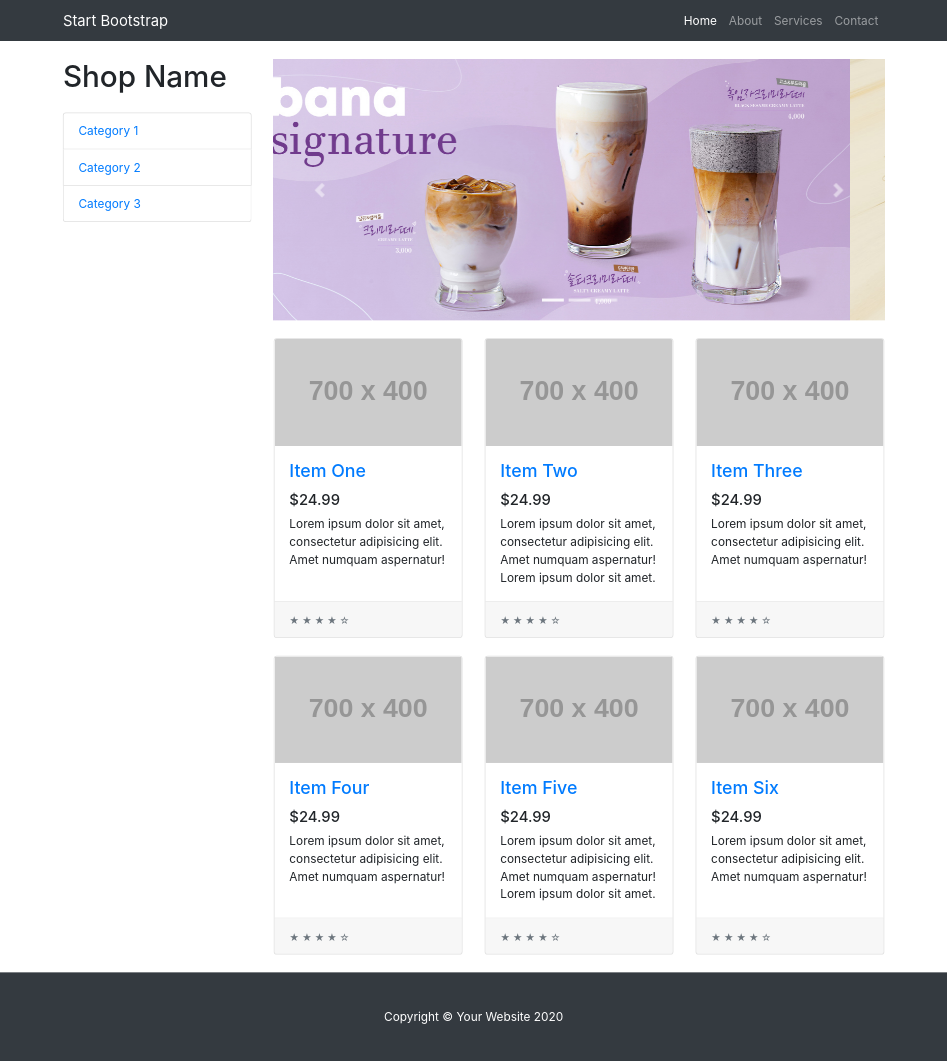
Repository: InKyu24/STS_Workspace
Page: SpringBoot01_Mybatis_Cafe2/src/main/resources/static/index.html
These files come from the project's save history. The page is drawn as it stood at one moment and after the next save; the edit follows.
The browser window is 1280 px wide. The pictures show the whole page, at 74% of full size.

Above is the page before, as saved 2021-03-23 04:45:18.

### SpringBoot01_Mybatis_Cafe2/src/main/resources/static/index.html
<!DOCTYPE html>
<html lang="en">

<head>

  <meta charset="utf-8">
  <meta name="viewport" content="width=device-width, initial-scale=1, shrink-to-fit=no">
  <meta name="description" content="">
  <meta name="author" content="">

  <title>Shop Homepage - Start Bootstrap Template</title>

  <!-- Bootstrap core CSS -->
  <link href="vendor/bootstrap/css/bootstrap.min.css" rel="stylesheet">

  <!-- Custom styles for this template -->
  <link href="css/shop-homepage.css" rel="stylesheet">

</head>

<body>

  <!-- Navigation -->
  <nav class="navbar navbar-expand-lg navbar-dark bg-dark fixed-top">
    <div class="container">
      <a class="navbar-brand" href="#">Start Bootstrap</a>
      <button class="navbar-toggler" type="button" data-toggle="collapse" data-target="#navbarResponsive" aria-controls="navbarResponsive" aria-expanded="false" aria-label="Toggle navigation">
        <span class="navbar-toggler-icon"></span>
      </button>
      <div class="collapse navbar-collapse" id="navbarResponsive">
        <ul class="navbar-nav ml-auto">
          <li class="nav-item active">
            <a class="nav-link" href="#">Home
              <span class="sr-only">(current)</span>
            </a>
          </li>
          <li class="nav-item">
            <a class="nav-link" href="#">About</a>
          </li>
          <li class="nav-item">
            <a class="nav-link" href="#">Services</a>
          </li>
          <li class="nav-item">
            <a class="nav-link" href="#">Contact</a>
          </li>
        </ul>
      </div>
    </div>
  </nav>

  <!-- Page Content -->
  <div class="container">

    <div class="row">

      <div class="col-lg-3">

        <h1 class="my-4">Shop Name</h1>
        <div class="list-group">
          <a href="#" class="list-group-item">Category 1</a>
          <a href="#" class="list-group-item">Category 2</a>
          <a href="#" class="list-group-item">Category 3</a>
        </div>

      </div>
      <!-- /.col-lg-3 -->

      <div class="col-lg-9">

        <div id="carouselExampleIndicators" class="carousel slide my-4" data-ride="carousel">
          <ol class="carousel-indicators">
            <li data-target="#carouselExampleIndicators" data-slide-to="0" class="active"></li>
            <li data-target="#carouselExampleIndicators" data-slide-to="1"></li>
            <li data-target="#carouselExampleIndicators" data-slide-to="2"></li>
          </ol>
          <div class="carousel-inner" role="listbox">
            <div class="carousel-item active">
              <img class="d-block img-fluid" src="img/2009_크리미라떼3종_상단배너.jpg" alt="First slide">
            </div>
            <div class="carousel-item">
              <img class="d-block img-fluid" src="img/2010_디카페인_상단배너.jpg" alt="Second slide">
            </div>
            <div class="carousel-item">
              <img class="d-block img-fluid" src="img/2101_바나프레소_도넛6종_상단배너.jpg" alt="Third slide">
            </div>
          </div>
          <a class="carousel-control-prev" href="#carouselExampleIndicators" role="button" data-slide="prev">
            <span class="carousel-control-prev-icon" aria-hidden="true"></span>
            <span class="sr-only">Previous</span>
          </a>
          <a class="carousel-control-next" href="#carouselExampleIndicators" role="button" data-slide="next">
            <span class="carousel-control-next-icon" aria-hidden="true"></span>
            <span class="sr-only">Next</span>
          </a>
        </div>

        <div class="row">

          <div class="col-lg-4 col-md-6 mb-4">
            <div class="card h-100">
              <a href="#"><img class="card-img-top" src="http://placehold.it/700x400" alt=""></a>
              <div class="card-body">
                <h4 class="card-title">
                  <a href="#">Item One</a>
                </h4>
                <h5>$24.99</h5>
                <p class="card-text">Lorem ipsum dolor sit amet, consectetur adipisicing elit. Amet numquam aspernatur!</p>
              </div>
              <div class="card-footer">
                <small class="text-muted">&#9733; &#9733; &#9733; &#9733; &#9734;</small>
              </div>
            </div>
          </div>

          <div class="col-lg-4 col-md-6 mb-4">
            <div class="card h-100">
              <a href="#"><img class="card-img-top" src="http://placehold.it/700x400" alt=""></a>
              <div class="card-body">
                <h4 class="card-title">
                  <a href="#">Item Two</a>
                </h4>
                <h5>$24.99</h5>
                <p class="card-text">Lorem ipsum dolor sit amet, consectetur adipisicing elit. Amet numquam aspernatur! Lorem ipsum dolor sit amet.</p>
              </div>
              <div class="card-footer">
                <small class="text-muted">&#9733; &#9733; &#9733; &#9733; &#9734;</small>
              </div>
            </div>
          </div>

          <div class="col-lg-4 col-md-6 mb-4">
            <div class="card h-100">
              <a href="#"><img class="card-img-top" src="http://placehold.it/700x400" alt=""></a>
              <div class="card-body">
                <h4 class="card-title">
                  <a href="#">Item Three</a>
                </h4>
                <h5>$24.99</h5>
                <p class="card-text">Lorem ipsum dolor sit amet, consectetur adipisicing elit. Amet numquam aspernatur!</p>
              </div>
              <div class="card-footer">
                <small class="text-muted">&#9733; &#9733; &#9733; &#9733; &#9734;</small>
              </div>
            </div>
          </div>

          <div class="col-lg-4 col-md-6 mb-4">
            <div class="card h-100">
              <a href="#"><img class="card-img-top" src="http://placehold.it/700x400" alt=""></a>
              <div class="card-body">
                <h4 class="card-title">
                  <a href="#">Item Four</a>
                </h4>
                <h5>$24.99</h5>
                <p class="card-text">Lorem ipsum dolor sit amet, consectetur adipisicing elit. Amet numquam aspernatur!</p>
              </div>
              <div class="card-footer">
                <small class="text-muted">&#9733; &#9733; &#9733; &#9733; &#9734;</small>
              </div>
            </div>
          </div>

          <div class="col-lg-4 col-md-6 mb-4">
            <div class="card h-100">
              <a href="#"><img class="card-img-top" src="http://placehold.it/700x400" alt=""></a>
              <div class="card-body">
                <h4 class="card-title">
                  <a href="#">Item Five</a>
                </h4>
                <h5>$24.99</h5>
                <p class="card-text">Lorem ipsum dolor sit amet, consectetur adipisicing elit. Amet numquam aspernatur! Lorem ipsum dolor sit amet.</p>
              </div>
              <div class="card-footer">
                <small class="text-muted">&#9733; &#9733; &#9733; &#9733; &#9734;</small>
              </div>
            </div>
          </div>

          <div class="col-lg-4 col-md-6 mb-4">
            <div class="card h-100">
              <a href="#"><img class="card-img-top" src="http://placehold.it/700x400" alt=""></a>
              <div class="card-body">
                <h4 class="card-title">
                  <a href="#">Item Six</a>
                </h4>
                <h5>$24.99</h5>
                <p class="card-text">Lorem ipsum dolor sit amet, consectetur adipisicing elit. Amet numquam aspernatur!</p>
              </div>
              <div class="card-footer">
                <small class="text-muted">&#9733; &#9733; &#9733; &#9733; &#9734;</small>
              </div>
            </div>
          </div>

        </div>
        <!-- /.row -->

      </div>
      <!-- /.col-lg-9 -->

    </div>
    <!-- /.row -->

  </div>
  <!-- /.container -->

  <!-- Footer -->
  <footer class="py-5 bg-dark">
    <div class="container">
      <p class="m-0 text-center text-white">Copyright &copy; Your Website 2020</p>
    </div>
    <!-- /.container -->
  </footer>

  <!-- Bootstrap core JavaScript -->
  <script src="vendor/jquery/jquery.min.js"></script>
  <script src="vendor/bootstrap/js/bootstrap.bundle.min.js"></script>

</body>

</html>

Loaded but not shown: SpringBoot01_Mybatis_Cafe2/src/main/resources/static/vendor/bootstrap/css/bootstrap.min.css (library); SpringBoot01_Mybatis_Cafe2/src/main/resources/static/css/shop-homepage.css (common file); SpringBoot01_Mybatis_Cafe2/src/main/resources/static/vendor/jquery/jquery.min.js (library); SpringBoot01_Mybatis_Cafe2/src/main/resources/static/vendor/bootstrap/js/bootstrap.bundle.min.js (library)

After the next save:
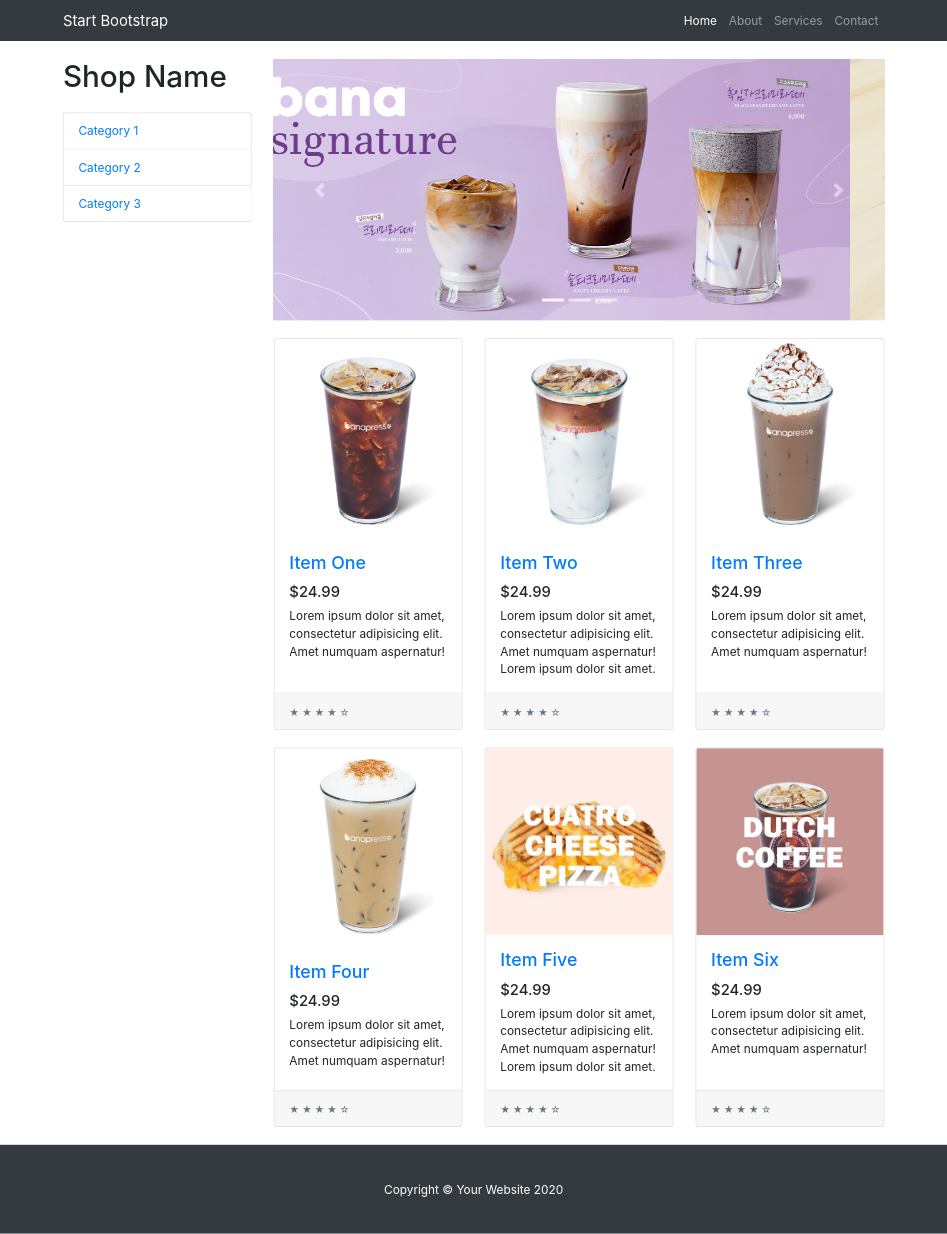
Saved 2 min 3 s later.
--- a/SpringBoot01_Mybatis_Cafe2/src/main/resources/static/index.html
+++ b/SpringBoot01_Mybatis_Cafe2/src/main/resources/static/index.html
@@ -98,7 +98,7 @@
 
           <div class="col-lg-4 col-md-6 mb-4">
             <div class="card h-100">
-              <a href="#"><img class="card-img-top" src="http://placehold.it/700x400" alt=""></a>
+              <a href="#"><img class="card-img-top" src="img/americano.png" alt=""></a>
               <div class="card-body">
                 <h4 class="card-title">
                   <a href="#">Item One</a>
@@ -114,7 +114,7 @@
 
           <div class="col-lg-4 col-md-6 mb-4">
             <div class="card h-100">
-              <a href="#"><img class="card-img-top" src="http://placehold.it/700x400" alt=""></a>
+              <a href="#"><img class="card-img-top" src="img/cafelatte.png" alt=""></a>
               <div class="card-body">
                 <h4 class="card-title">
                   <a href="#">Item Two</a>
@@ -130,7 +130,7 @@
 
           <div class="col-lg-4 col-md-6 mb-4">
             <div class="card h-100">
-              <a href="#"><img class="card-img-top" src="http://placehold.it/700x400" alt=""></a>
+              <a href="#"><img class="card-img-top" src="img/cafemocha.png" alt=""></a>
               <div class="card-body">
                 <h4 class="card-title">
                   <a href="#">Item Three</a>
@@ -146,7 +146,7 @@
 
           <div class="col-lg-4 col-md-6 mb-4">
             <div class="card h-100">
-              <a href="#"><img class="card-img-top" src="http://placehold.it/700x400" alt=""></a>
+              <a href="#"><img class="card-img-top" src="img/cappuccino.png" alt=""></a>
               <div class="card-body">
                 <h4 class="card-title">
                   <a href="#">Item Four</a>
@@ -162,7 +162,7 @@
 
           <div class="col-lg-4 col-md-6 mb-4">
             <div class="card h-100">
-              <a href="#"><img class="card-img-top" src="http://placehold.it/700x400" alt=""></a>
+              <a href="#"><img class="card-img-top" src="img/CuatroCheesePizza.jpg" alt=""></a>
               <div class="card-body">
                 <h4 class="card-title">
                   <a href="#">Item Five</a>
@@ -178,7 +178,7 @@
 
           <div class="col-lg-4 col-md-6 mb-4">
             <div class="card h-100">
-              <a href="#"><img class="card-img-top" src="http://placehold.it/700x400" alt=""></a>
+              <a href="#"><img class="card-img-top" src="img/dutchcoffee.png" alt=""></a>
               <div class="card-body">
                 <h4 class="card-title">
                   <a href="#">Item Six</a>
